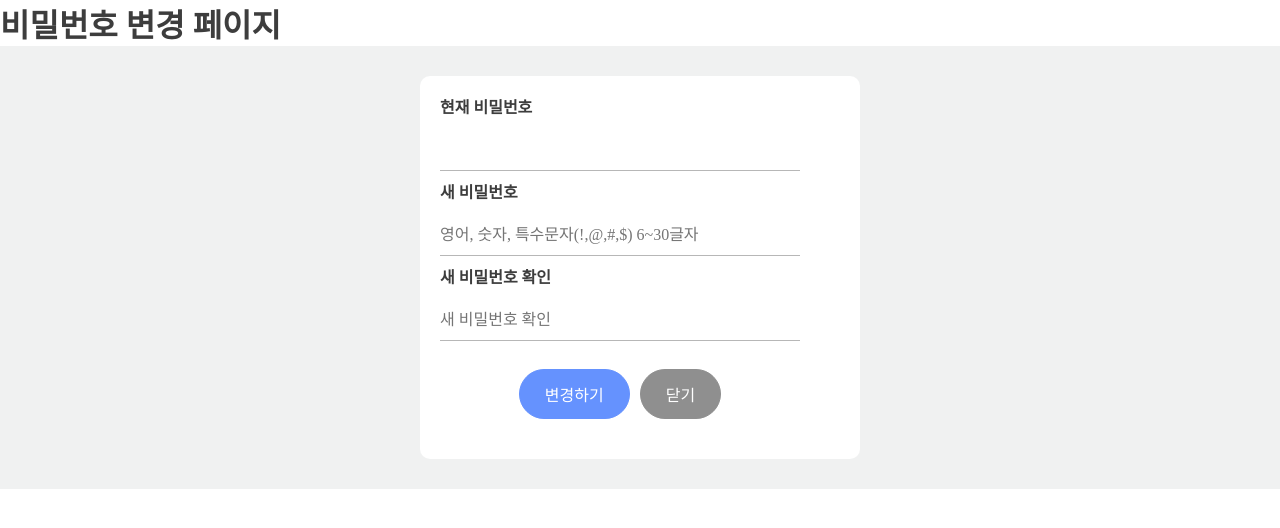
Repository: Godzilla-Man/codingStudy
Page: http://localhost/server_06_notice/member/pwChgFrm
The author's editor kept a copy of each file at every save. The page is drawn from the files as they stood at one save, then again after the next save.
The browser window is 1280 px wide. The pictures show the whole page.
Some web fonts or font styles are not loaded; a fallback is used. The page is served by Tomcat 9.

Above is the page before, as saved 2025-05-07 03:35:03.

After the next save:
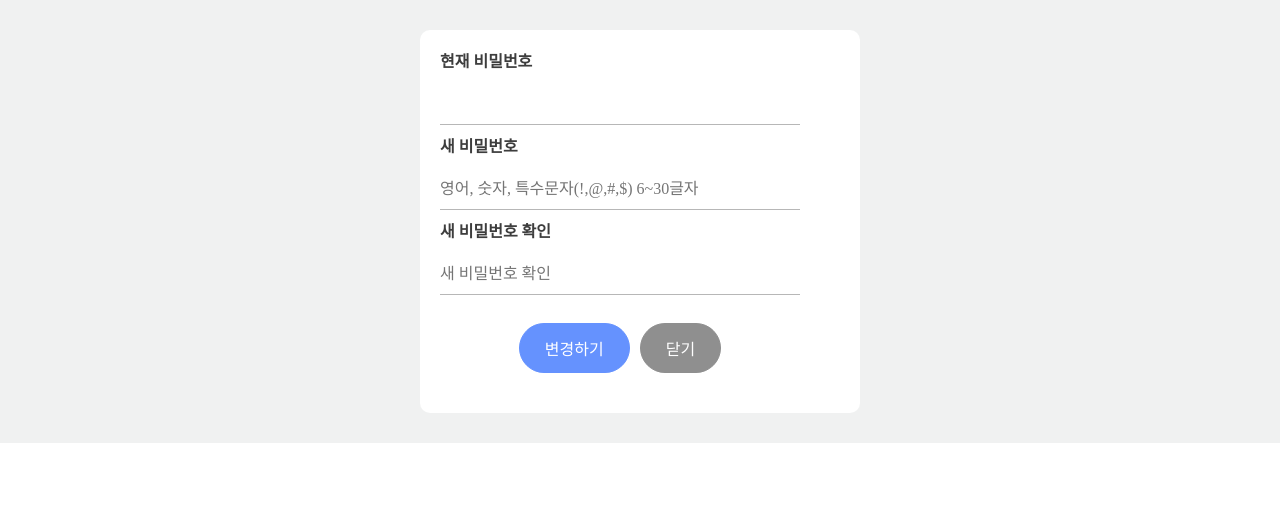
Saved 4 min 6 s later.
--- a/server_06_notice/src/main/webapp/WEB-INF/views/member/pwChg.jsp
+++ b/server_06_notice/src/main/webapp/WEB-INF/views/member/pwChg.jsp
@@ -45,7 +45,7 @@
 
 </head>
 <body>
-	<h1>비밀번호 변경 페이지</h1>
+
 </body>
 	<div class="wrap">
 		<main class="content pw=container">
@@ -94,6 +94,12 @@
 	</div>
 
 	<script>
+
+	//닫기 버튼 클릭 시
+	function closeFn(){
+		self.close();
+	}
+
 	function validateForm(){
 		//현재 비밀번호 검증(사용자가 입력한 기존 비밀번호와 세션에 저장된 회원의 비밀번호 비교)
 		console.log('${loginMember.memberPw}');
